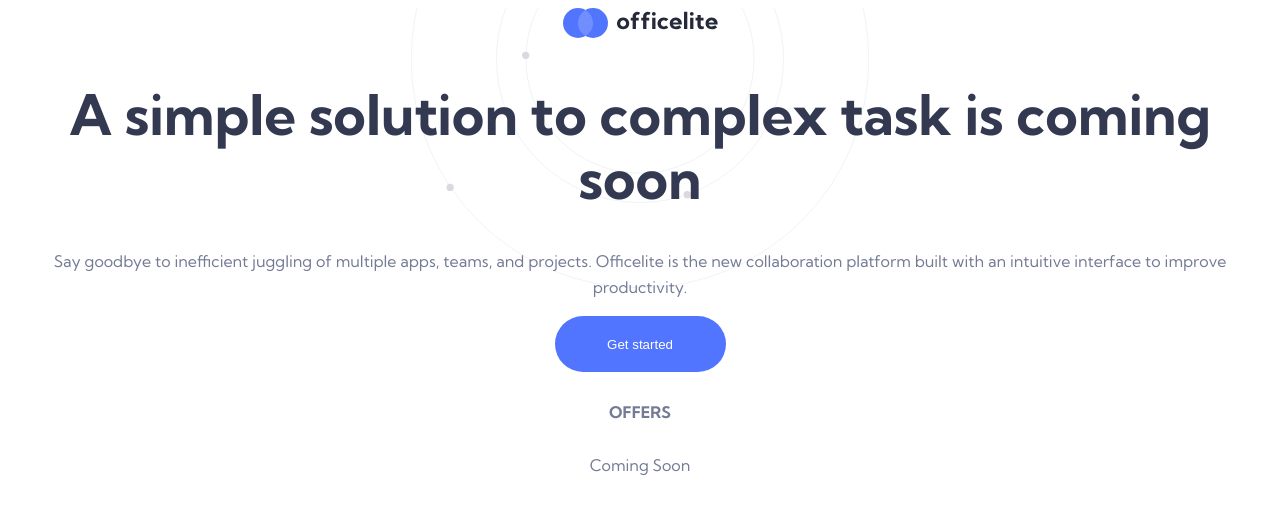
Repository: jodelajo/frontend-css-challenge
Page: index.html
The author's editor kept a copy of each file at every save. The page is drawn from the files as they stood at one save, then again after the next save.
The browser window is 1280 px wide. The pictures show the whole page.

Above is the page before, as saved 2022-02-28 13:32:41.

After the next save:
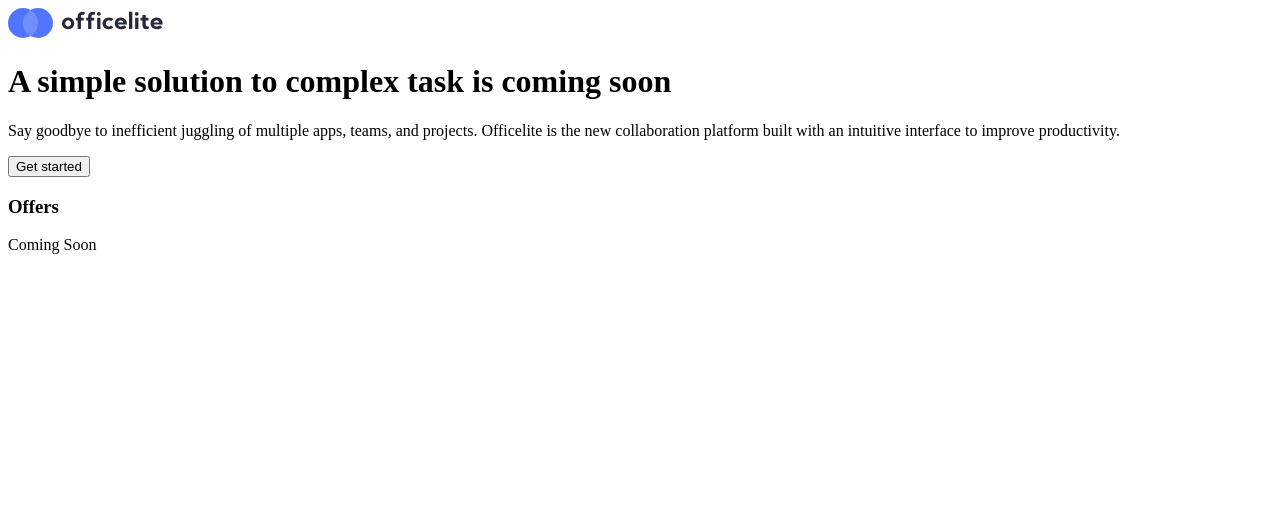
Not found: styles/index.css
Saved 18 s later.
--- a/index.html
+++ b/index.html
@@ -16,7 +16,7 @@
       href="https://fonts.googleapis.com/css2?family=Kumbh+Sans:wght@400;700&display=swap"
       rel="stylesheet"
     />
-    <link href="./index.css" type="text/css" rel="stylesheet" />
+    <link href="./styles/index.css" type="text/css" rel="stylesheet" />
     <title>Frontend Mentor | Officelite coming soon site</title>
   </head>
   <body>

After the save that followed:
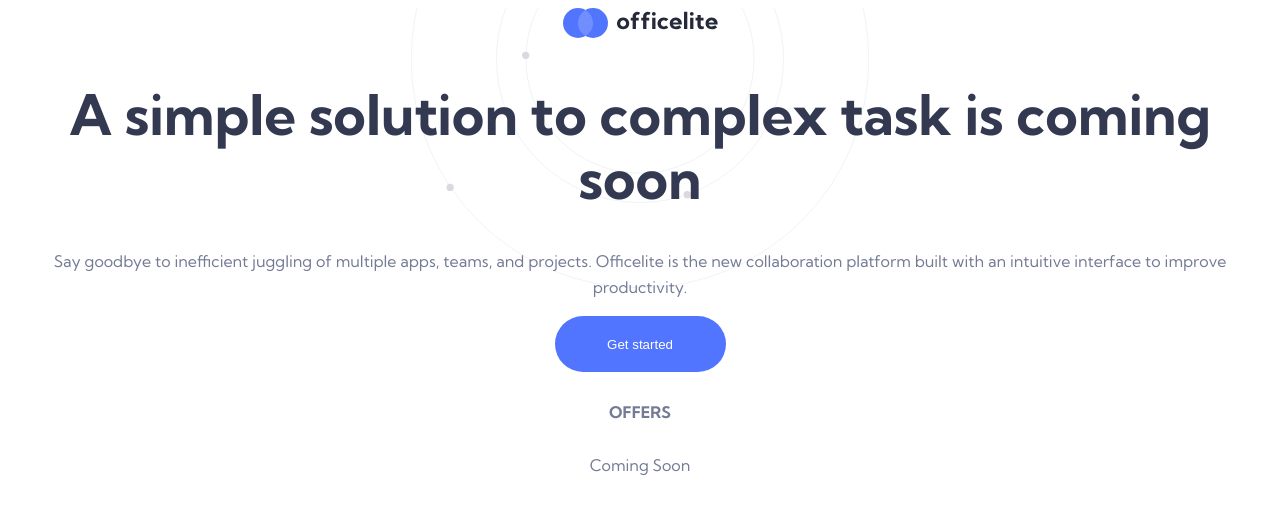
Saved 115 s later.
--- a/index.html
+++ b/index.html
@@ -16,7 +16,7 @@
       href="https://fonts.googleapis.com/css2?family=Kumbh+Sans:wght@400;700&display=swap"
       rel="stylesheet"
     />
-    <link href="./styles/index.css" type="text/css" rel="stylesheet" />
+    <link href="./assets/styles/index.css" type="text/css" rel="stylesheet" />
     <title>Frontend Mentor | Officelite coming soon site</title>
   </head>
   <body>
